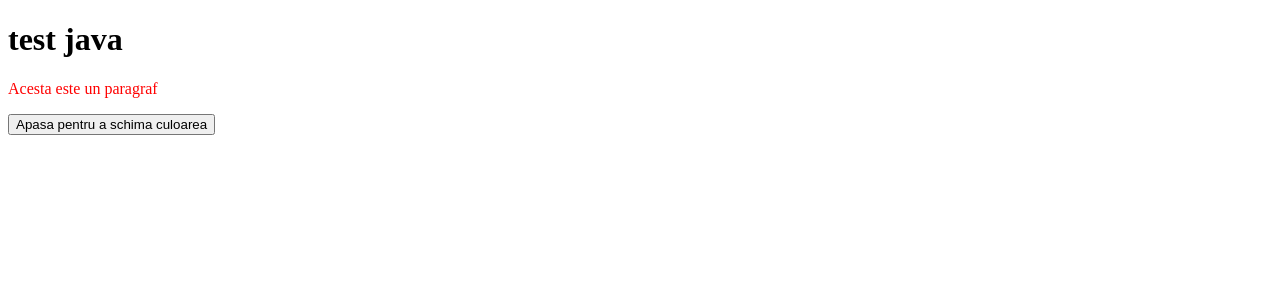
Repository: Parnicoza/testecomplete
Page: testcompletJS-1.html
An editor plug-in stored every save of this project. The page is shown before and after the next save, followed by the edit.
The browser window is 1280 px wide. The pictures show the whole page.
After loading, the first visible `button` was clicked once.

Above is the page before, as saved 2025-03-11 12:25:20.

After the next save:
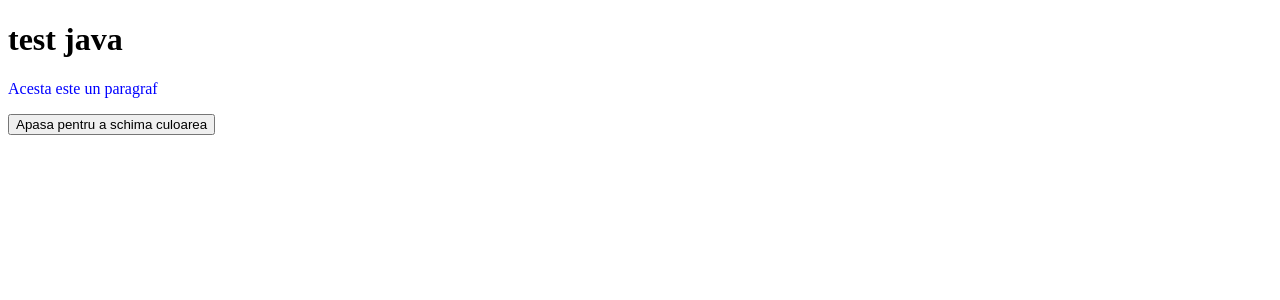
Saved 89 s later.
--- a/java.js
+++ b/java.js
@@ -1,3 +1,3 @@
 function schimbaculoarea() {
-    document.getElementById("culoare") .style.color = "red"
+    document.getElementById("culoare") .style.color = "blue";
 }
